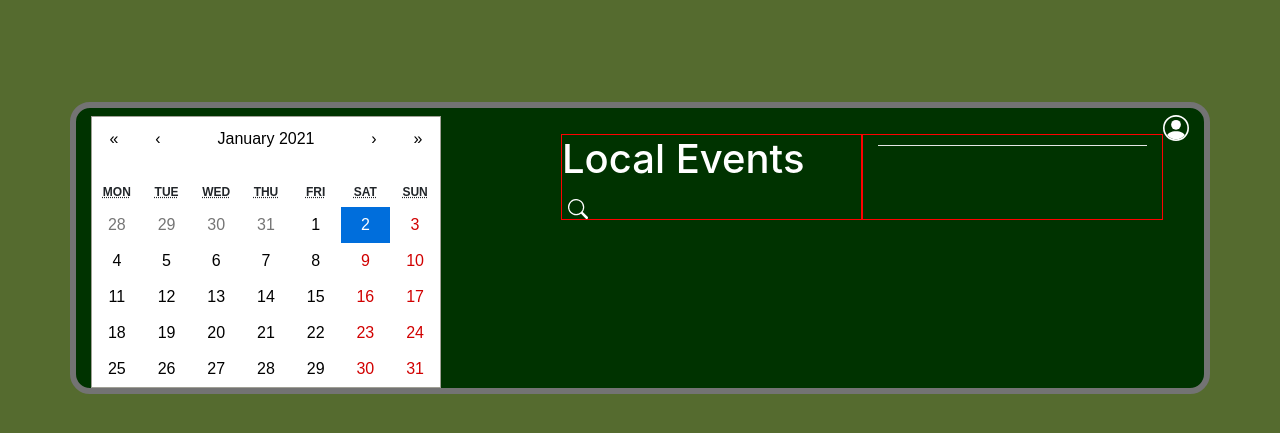
Repository: lalji-yadav/Calendar-code
Page: /
An editor plug-in stored every save of this project. The page is shown before and after the next save, followed by the edit.
The browser window is 1280 px wide. The pictures show the whole page.
The project was rebuilt for these pictures with package versions that can differ from the ones it lists, and the page was loaded fresh each time. Also part of the build but not shown: src/App.css.

Above is the page before, as saved 2021-01-03 14:25:33.

After the next save:
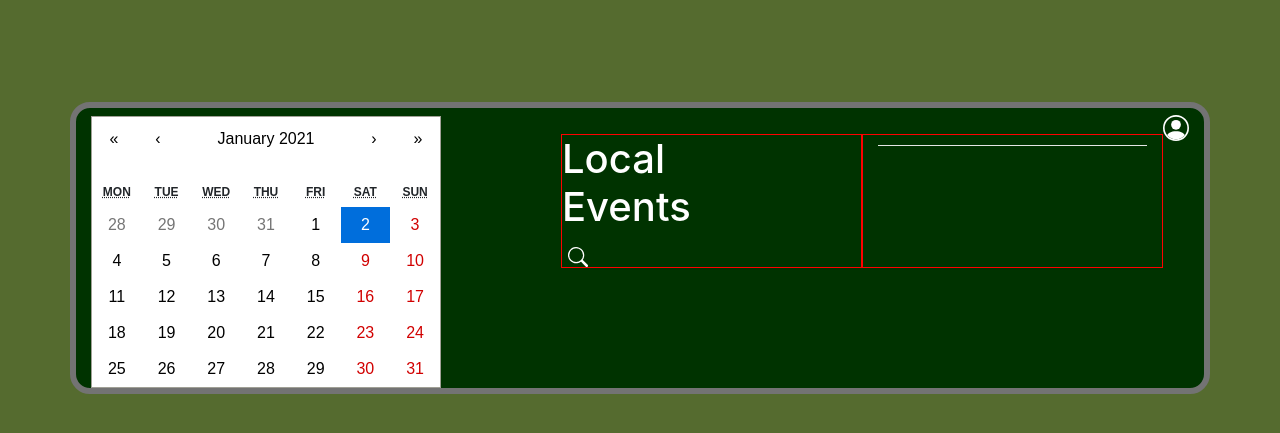
Saved 70 s later.
--- a/src/calendar/Home.js
+++ b/src/calendar/Home.js
@@ -23,7 +23,7 @@ function Home() {
 
             <div className="row" style={{paddingTop:"4%"}}>
                <div className="col-sm-6" style={{border:"1px solid red", padding:"0px"}}>
-               <h1 style={{color:"white"}}>Local Events </h1>
+               <h1 style={{color:"white", width:"80%"}}>Local Events </h1>
                <svg  style={{margin:"3% 0% 0% 2%"}} xmlns="http://www.w3.org/2000/svg" width="20" height="20" fill="white" class="bi bi-search" viewBox="0 0 16 16">
                <path d="M11.742 10.344a6.5 6.5 0 1 0-1.397 1.398h-.001c.03.04.062.078.098.115l3.85 3.85a1 1 0 0 0 1.415-1.414l-3.85-3.85a1.007 1.007 0 0 0-.115-.1zM12 6.5a5.5 5.5 0 1 1-11 0 5.5 5.5 0 0 1 11 0z"/>
                </svg>
